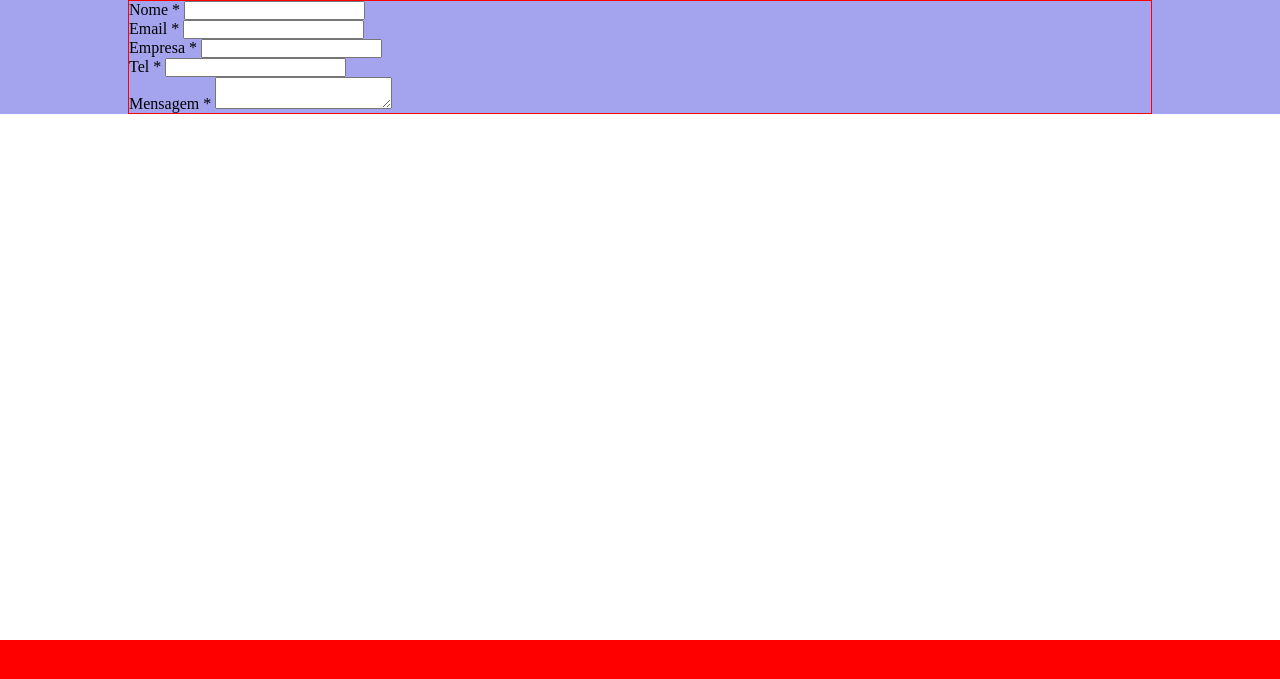
Repository: ecrseer/contatenos-html-js
Page: contatenos.html
An editor plug-in stored every save of this project. The page is shown before and after the next save, followed by the edit.
The browser window is 1280 px wide. The pictures show the whole page.

Above is the page before, as saved 2021-12-27 14:32:08.

After the next save:
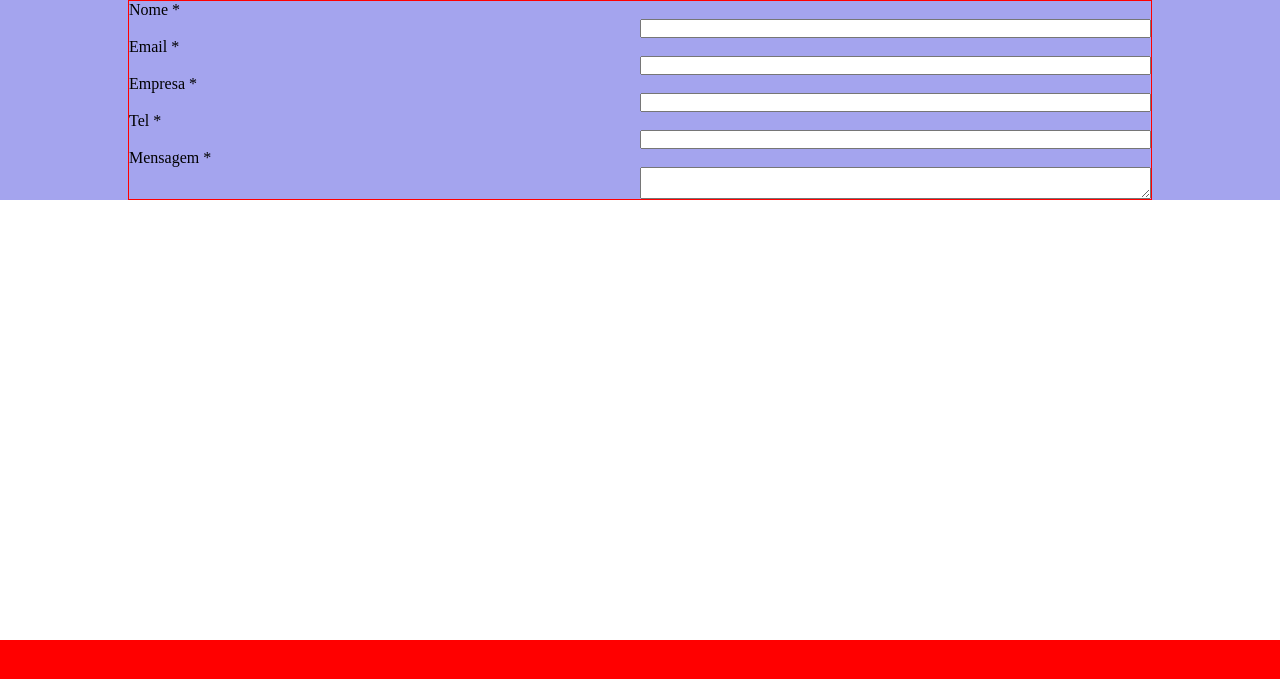
Saved 3 min 33 s later.
--- a/contatenos.css
+++ b/contatenos.css
@@ -8,6 +8,8 @@
     height: 100%;
 }
 textarea,input{
+    display: flex;
+    width: 50%;
     justify-self: right;
 }
 .bottomnav{
